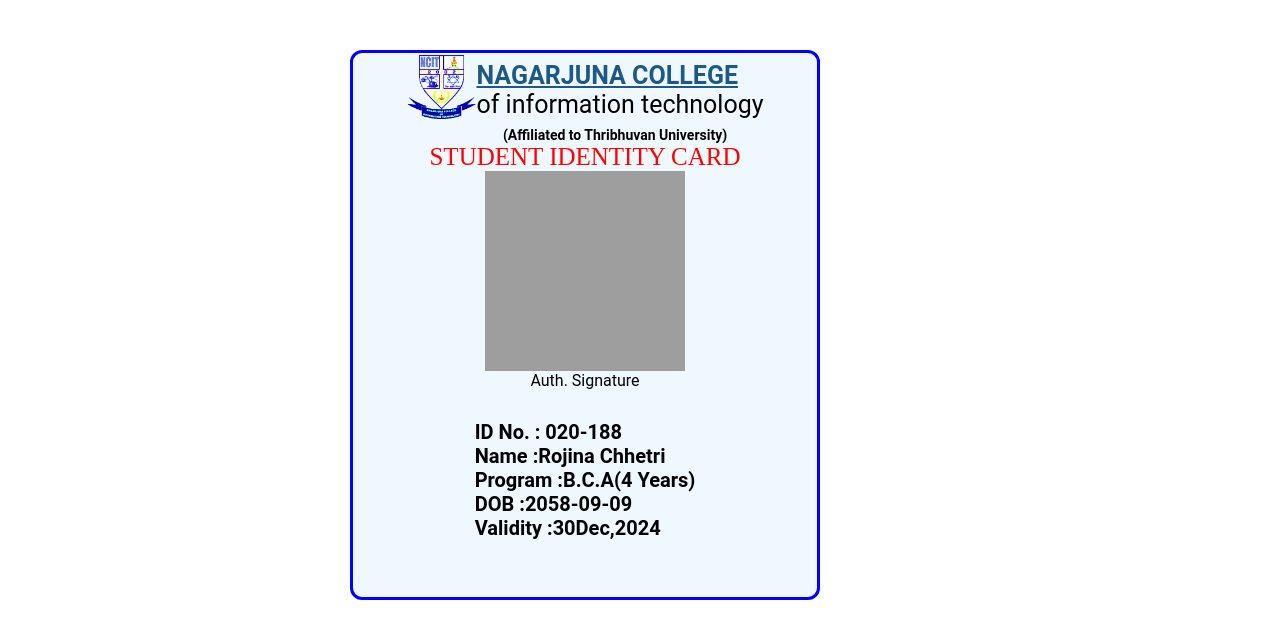
Repository: Rojinachhetri/roji
Page: rojina.html
An editor plug-in stored every save of this project. The page is shown before and after the next save, followed by the edit.
The browser window is 1280 px wide. The pictures show the whole page.
Pictures or frames that could not be fetched are drawn as grey boxes.

Above is the page before, as saved 2023-04-24 22:48:02.

After the next save:
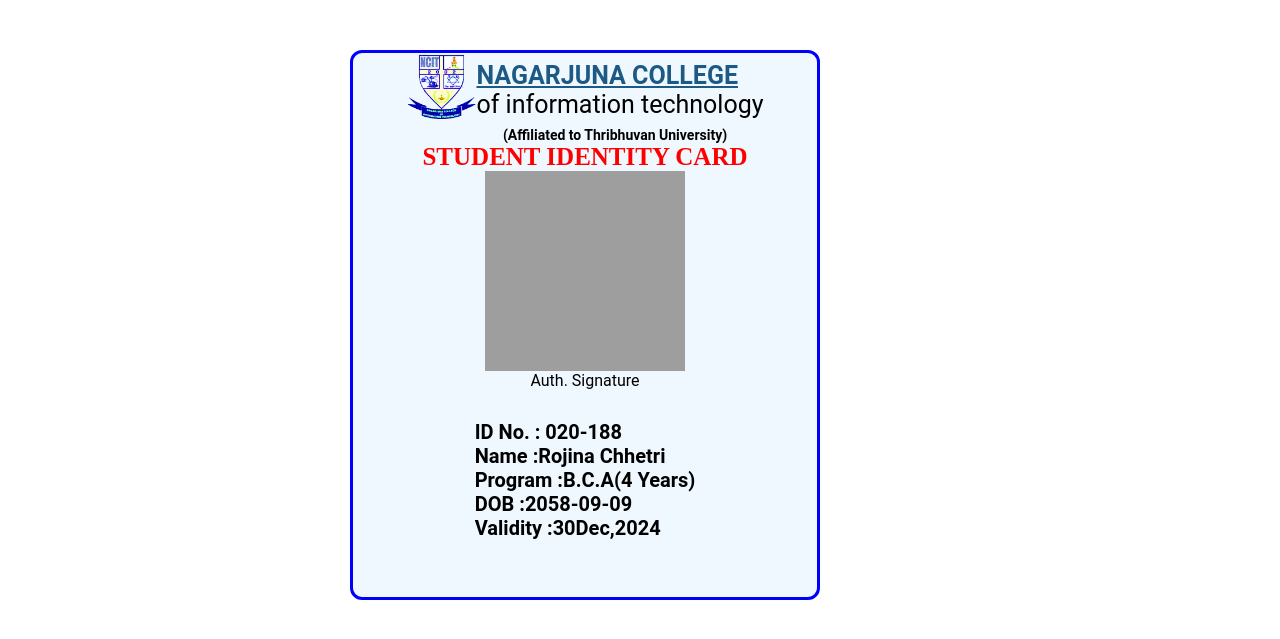
Saved 6 s later.
--- a/rojina.css
+++ b/rojina.css
@@ -48,7 +48,7 @@
 
     .student {
         font-size: 25px;
-        font-weight: 500;
+        font-weight: bolder;
         font-family: 'Times New Roman', Times, serif;
         color: red;
     }
